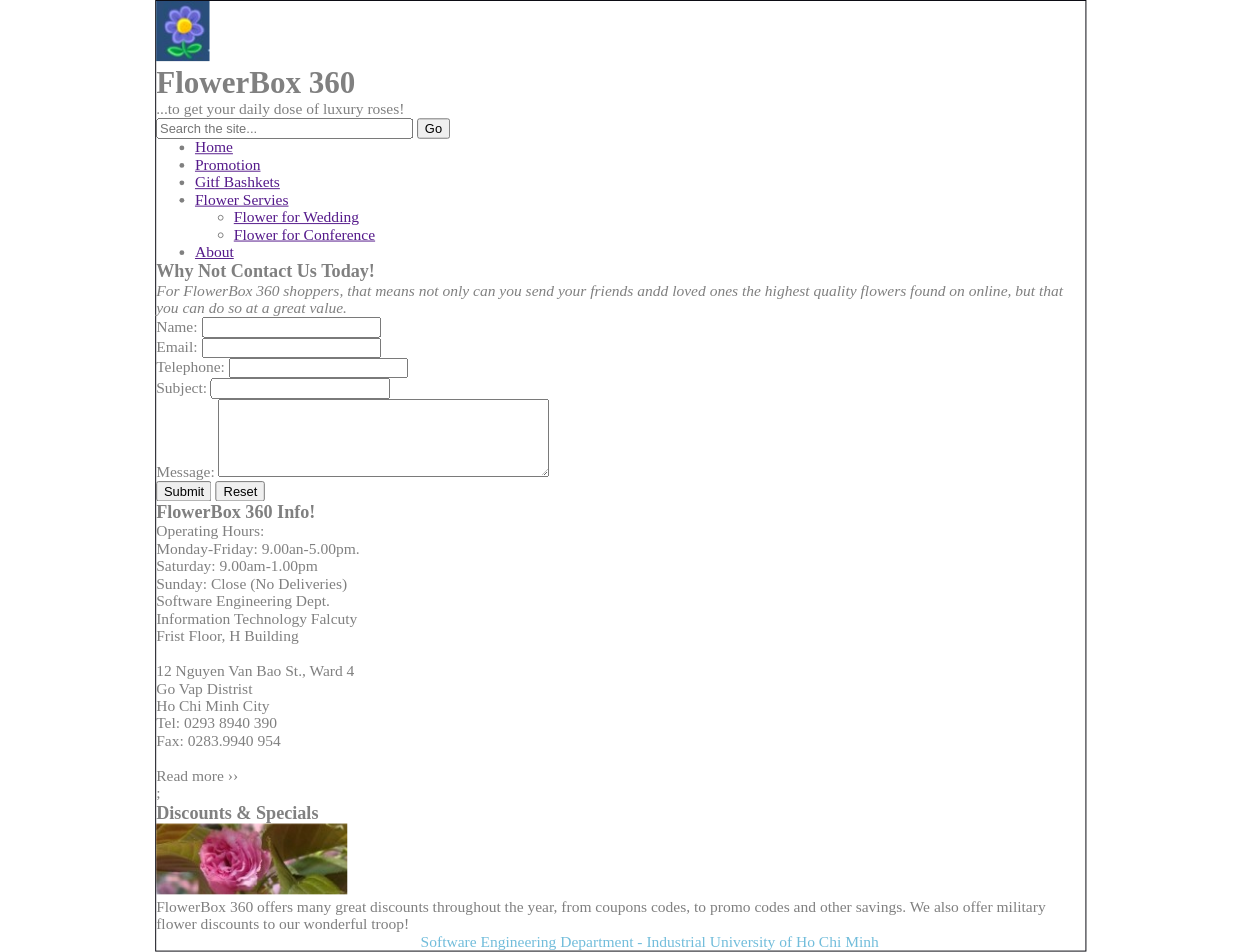
Repository: duongtheng/bai-tap-tuan-6
Page: html/index.html
These files come from the project's save history. The page is drawn as it stood at one moment and after the next save; the edit follows.
The browser window is 1280 px wide. The pictures show the whole page, at 97% of full size.

Above is the page before, as saved 2022-03-23 13:53:54.

After the next save:
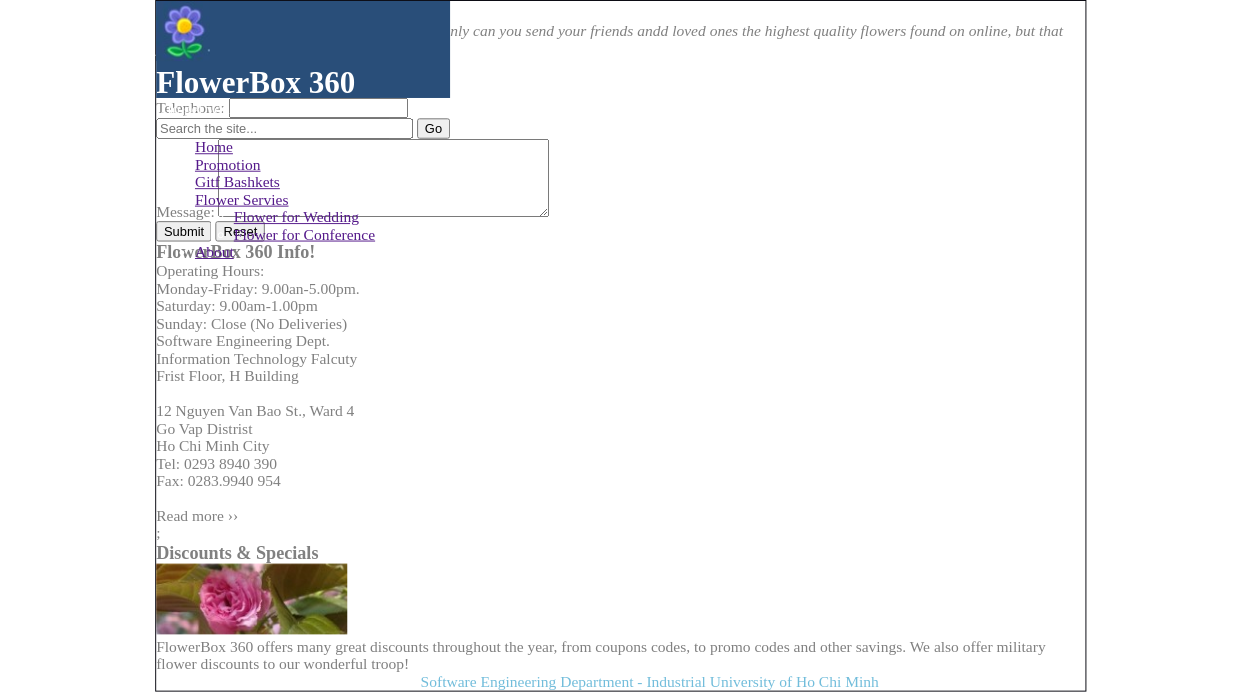
Saved 80 s later.
--- a/css/style.css
+++ b/css/style.css
@@ -8,3 +8,10 @@ body{
     border: 1px solid rgb(6, 6, 14);
     color: gray;
 }
+
+header{
+    height: 100px;
+    background-color: #294e79;
+    position: absolute;
+    color: white;
+}
